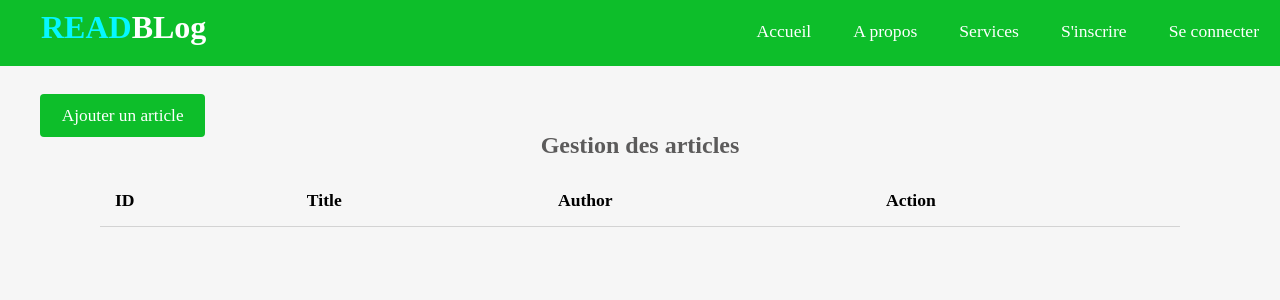
Repository: ahamie71/miniblog
Page: http://localhost/admin/index.php
These files come from the project's save history. The page is drawn as it stood at one moment and after the next save; the edit follows.
The browser window is 1280 px wide. The pictures show the whole page.
The page is run by PHP 8.4 with error messages shown; the project is at /var/www/html/. Queries for data that is not in the repository find no rows.

Above is the page before, as saved 2023-03-01 16:02:24.

After the next save:
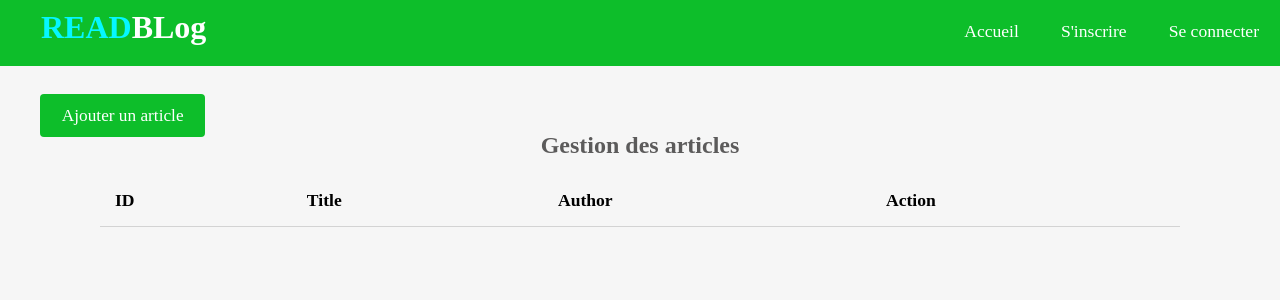
Saved 5 min 42 s later.
--- a/inc/header.php
+++ b/inc/header.php
@@ -4,8 +4,7 @@
         </div>
         <ul class="nav">
             <li><a href="index.php">Accueil</a></li>
-            <li><a href="#">A propos</a></li>
-            <li><a href="#">Services</a></li>
+
             <li><a href="#">S'inscrire</a></li>
             <li><a href="#">Se connecter</a></li>
         </ul>
